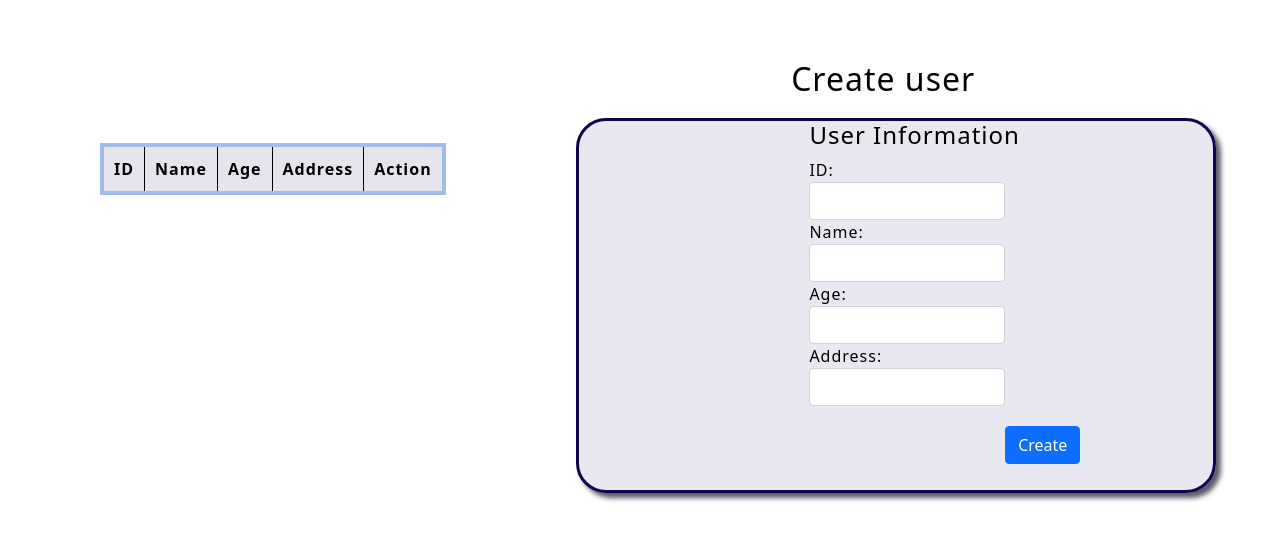
Repository: minhtuan16/JS-Basic
Page: CRUD-Department/user.html
The author's editor kept a copy of each file at every save. The page is drawn from the files as they stood at one save, then again after the next save.
The browser window is 1280 px wide. The pictures show the whole page.

Above is the page before, as saved 2022-06-09 00:12:54.

### CRUD-Department/user.html
<!DOCTYPE html>
<html lang="en">
<head>
    <meta charset="UTF-8">
    <meta http-equiv="X-UA-Compatible" content="IE=edge">
    <meta name="viewport" content="width=device-width, initial-scale=1.0">
    <link rel="stylesheet" href="https://cdnjs.cloudflare.com/ajax/libs/font-awesome/4.7.0/css/font-awesome.min.css">
    <link href="https://cdn.jsdelivr.net/npm/bootstrap@5.1.3/dist/css/bootstrap.min.css" rel="stylesheet" integrity="sha384-1BmE4kWBq78iYhFldvKuhfTAU6auU8tT94WrHftjDbrCEXSU1oBoqyl2QvZ6jIW3" crossorigin="anonymous">
    <link rel="stylesheet" href="styles/style.css">
    <!-- <link rel="stylesheet" href="styles/search.css"> -->
    <title>User</title>
</head>
<body>

    <h2>Create user</h2>
    <!--create a form with the following fiels,email, password, first name, last name, age, address, phone, payment, color-->


    <form id="registerForm" class="container">
        <h4>User Information</h4>
        <div class="control">
            <label>ID:</label>
            <input class="form-control" id="id" type="text" value="" />
        </div>

        <div class="control">
            <label>Name:</label>
            <input class="form-control" id="name" type="text" value="" />
        </div>
        <div class="control">
            <label>Age:</label>
            <input class="form-control" id="age" type="text" value="" />
        </div>
        <div class="control">
            <label>Address:</label>
            <input class="form-control" id="address" type="text" value="" />
        </div>

        <button type="button" class="btn btn-primary" id="btnSave" onclick="create()">Create</button>

        <button type="button" class="btn btn-primary" id="btnUpdate" onclick="update()" style="display: none;">Save</button>
    </form>

    <!-- <div class="search-container">
        <form >
            <input type="text" placeholder="Search..." name="search">
            <button type="button"><i class="fa fa-search"></i></button>
        </form>
    </div> -->

    <table border="1px">

        <tr>
            <td>ID</td>
            <td>Name</td>
            <td>Age</td>
            <td>Address</td>
            <td>Action</td>
        </tr>

        <tbody id="tableBody">

        </tbody>
    </table>
    <script src="scripts/user.js"></script>
</body>
</html>

### CRUD-Department/styles/style.css
/* Global */
.control{
    width: 50%;
}
.error{
    border: 2px solid red;
}
html{
    font-family: Verdana, Geneva, Tahoma, sans-serif;
    letter-spacing: 1px;
}
h2{
    text-align: center;
}
body{
    /* background-color: #141E61; */
    color: #000000;
}
/* Nav */
a {
    display: inline-block;
    text-decoration: none;
    color: black;
    padding: 5px;
    background-color: #9498a3;
    vertical-align: middle;
    -webkit-transform: perspective(1px) translateZ(0);
    transform: perspective(1px) translateZ(0);
    box-shadow: 0 0 1px rgba(0, 0, 0, 0);
    position: relative;
}

a:before {
    content: '';
    position: absolute;
    border: #e1e1e1 solid 4px;
    top: 0;
    right: 0;
    bottom: 0;
    left: 0;
    -webkit-transition-duration: 0.3s;
    transition-duration: 0.3s;
    -webkit-transition-property: top, right, bottom, left;
    transition-property: top, right, bottom, left;
}

a:hover:before,
a:focus:before,
.a:active:before {
    top: -8px;
    right: -8px;
    bottom: -8px;
    left: -8px;
}

/* Index */
#sign-in {
    border: #0F044C solid 3px;
    background-color: #1225ee34;
    box-shadow: 5px 5px 5px #0F044C;
    padding-left: 20%;
    padding-bottom: 20%;
    width: 20rem;
    margin-left: 20%;
    border-radius: 30px;
}

/* Register */
.nav-btn {
    margin-left: 20px;
    margin-top: 20px
}

h2 {
    margin-left: 38%;
    margin-top: 60px;
}

#registerForm {
    border: #0F044C solid 3px;
    background-color: #8f92b434;
    box-shadow: 5px 5px 5px #5c5a68;
    padding-left: 18%;
    padding-bottom: 2%;
    width: 50%;
    margin-left: 45%;
    border-radius: 30px;
    margin-top: 20px;
}

#btnSave {
    margin-left: 50%;
    margin-top: 20px;
}

#btnUpdate {
    margin-left: 50%;
    margin-top: 20px;
}

/* Users */
table {
    border: #a0bce7 4px solid;
    background-color: #8184a734;
    margin-top: -350px;
    margin-left: 100px;
}

/* h1 {
    margin-top: -450px;
} */
table form input {
    margin-left: 100px;
}

table td {
    border: #000000 1px solid;
    text-align: center;
    font-weight: 900;
    padding: 10px;
}

td {
    font-weight: 100;
    border: #e1e1e1 solid 1px;
    padding: 5px;
}

### CRUD-Department/scripts/user.js

var data = [
    {id: 1, name: "xyz1", age: 18, address: "hn"},
    {id: 2, name: "xyz2", age: 20, address: "hn"},
    {id: 3, name: "xyz3", age: 21, address: "hn"}
]

function drawTable(person) {
    var tr = document.createElement("tr");
    var tdid = document.createElement("td");
    var tdName = document.createElement("td");
    var tdAge = document.createElement("td");
    var tdAddress = document.createElement("td");
    var tdOption = document.createElement("td");

    var editBtn = document.createElement("button");
    var deleteBtn = document.createElement("button");

    editBtn.innerText = 'Edit';
    deleteBtn.innerText = 'Delete';

    tdOption.appendChild(editBtn);
    tdOption.appendChild(deleteBtn);

    //bat su kien edit
    editBtn.onclick = function() {
        editPerson(person.id);
    }

    //bat su kien edit
    deleteBtn.onclick = function() {
        deletePerson(person.id);
    }

    tdid.innerHTML = person.id;
    tdName.innerHTML = person.name;
    tdAge.innerHTML = person.age;
    tdAddress.innerHTML = person.address;

    tr.appendChild(tdid);
    tr.appendChild(tdName);
    tr.appendChild(tdAge);
    tr.appendChild(tdAddress);
    tr.appendChild(tdOption)

    var tableBody = document.getElementById("tableBody");
    tableBody.appendChild(tr);
}

function resetDrawTable(persons) {
    var tableBody = document.getElementById("tableBody");
    tableBody.innerHTML = "";

    for (var i = 0; i < persons.length; i++) {
        drawTable(persons[i]);
    }
}

// resetDrawTable(data)
function create() {
    var idIp = document.getElementById("id");
    var nameIp = document.getElementById("name");
    var ageIp = document.getElementById("age");
    var addressIp = document.getElementById("address");


    var id = idIp.value;
    var name = nameIp.value;
    var age = ageIp.value;
    var address = addressIp.value;

    if (id.length > 0 && name.length > 0 && age.length > 0 && address.length > 0) {
        var p = {id: id, name: name, age: age, address: address};

        data.push(p);

        resetDrawTable(data);

        alert('Create Success');
    } else {
        alert('Dien day du thong tin');
    }
}

function editPerson(id) {
    var index = data.findIndex(x => x.id == id);
    let person = data[index];

    var idIp = document.getElementById("id");
    var nameIp = document.getElementById("name");
    var ageIp = document.getElementById("age");
    var addressIp = document.getElementById("address");

    idIp.value = person.id;
    nameIp.value = person.name;
    ageIp.value = person.age;
    addressIp.value = person.address;

    document.getElementById("btnUpdate").style.display = 'block';
    document.getElementById("btnSave").style.display = 'none';
}

function update() {
    var idIp = document.getElementById("id");
    var nameIp = document.getElementById("name");
    var ageIp = document.getElementById("age");
    var addressIp = document.getElementById("address");

    var id = idIp.value;
    var name = nameIp.value;
    var age = ageIp.value;
    var address = addressIp.value;

    var index = data.findIndex(x => x.id == id);

    if (id.length > 0 && name.length > 0 && age.length > 0 && address.length > 0) {
        data[index] = {id: id, name: name, age: age, address: address};

        resetDrawTable(data);
        alert('Create Success');
    } else {
        alert('Dien day du thong tin');
    }
    document.getElementById("btnUpdate").style.display = 'none';
    document.getElementById("btnSave").style.display = 'block';
}

function deletePerson(id) {
    var newData = data.filter(x => x.id != id);

    data = newData;

    resetDrawTable(data);

}

After the next save:
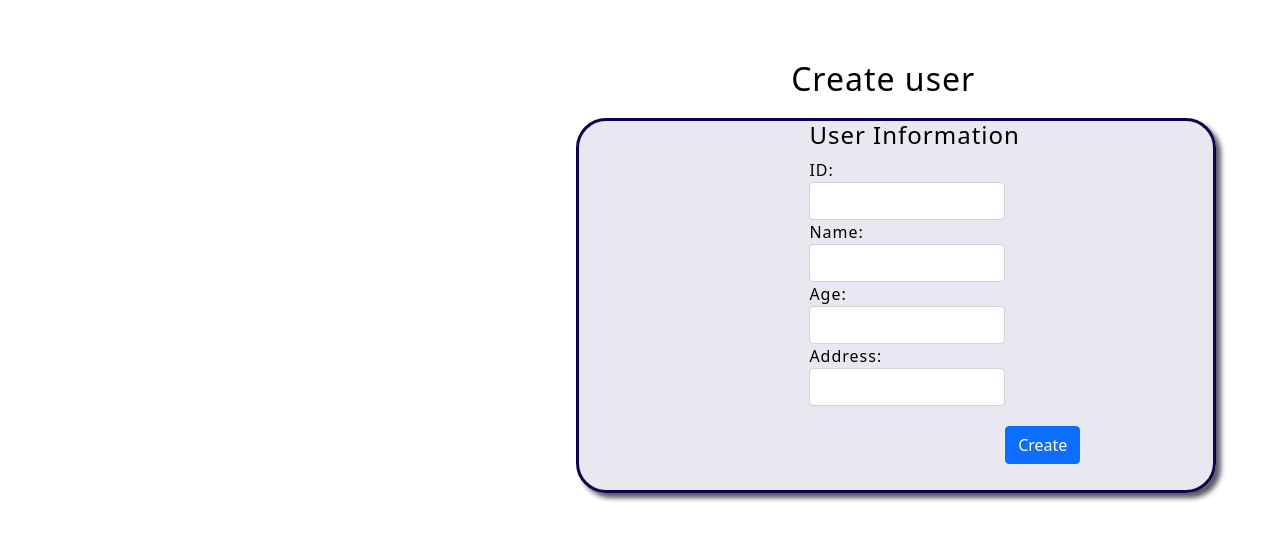
Saved 1 s later.
--- a/CRUD-Department/user.html
+++ b/CRUD-Department/user.html
@@ -48,7 +48,7 @@
         </form>
     </div> -->
 
-    <table border="1px">
+    <!-- <table border="1px">
 
         <tr>
             <td>ID</td>
@@ -61,7 +61,7 @@
         <tbody id="tableBody">
 
         </tbody>
-    </table>
+    </table> -->
     <script src="scripts/user.js"></script>
 </body>
 </html>
